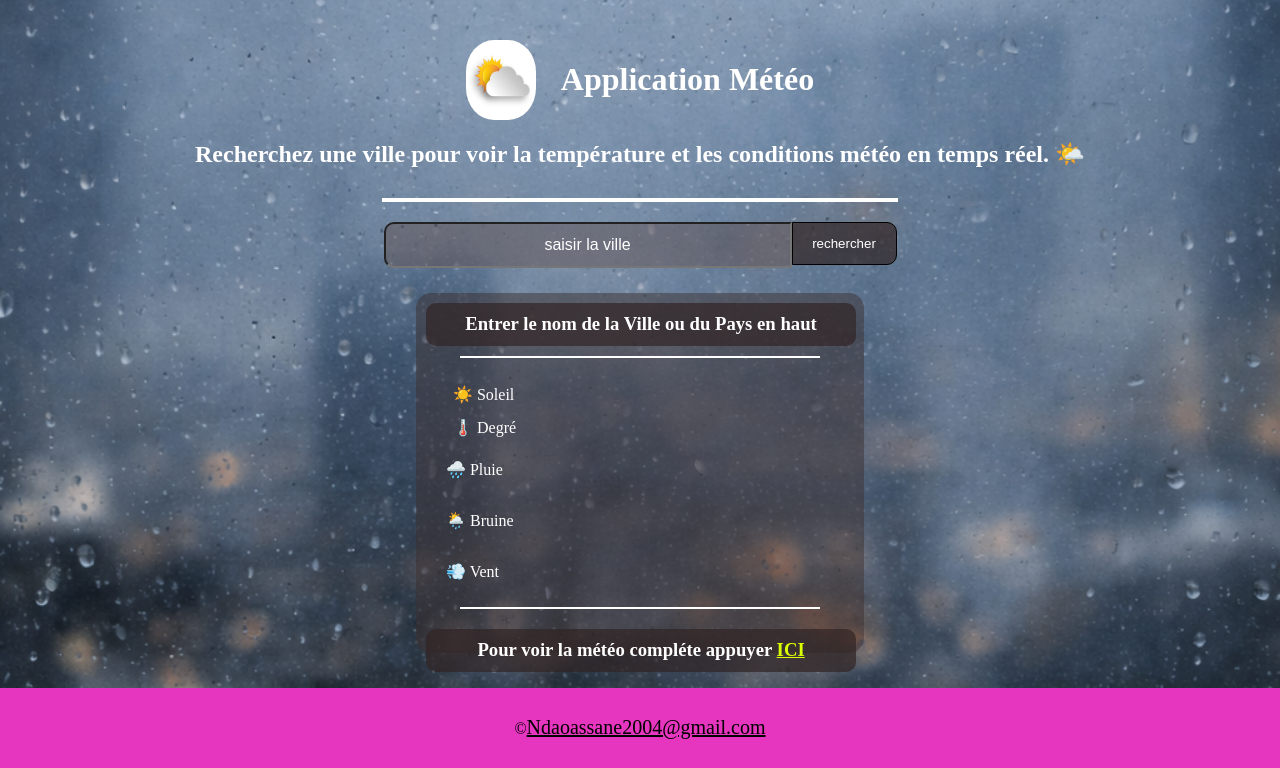
Repository: assanendao171/meteo
Page: index.html
An editor plug-in stored every save of this project. The page is shown before and after a run of saves, followed by the edit.
The browser window is 1280 px wide. The pictures show the whole page.

Above is the page before, as saved 2026-03-16 13:42:06.

After the next 2 saves:
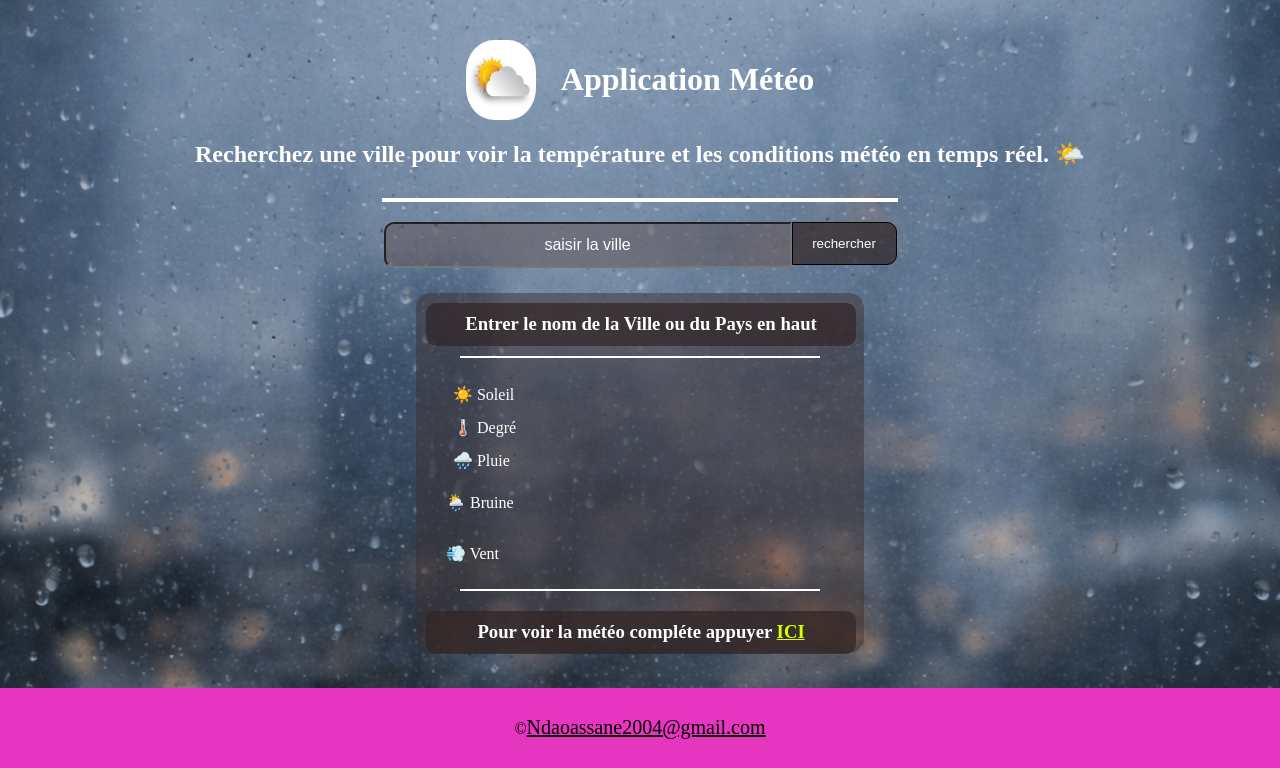
The 2 saves are shown as one change because they came seconds apart.
The last was saved 7 s later.
--- a/index.html
+++ b/index.html
@@ -27,8 +27,8 @@
         <div id="stat">
         <p id="soleil">☀️ Soleil</p>
         <p id="degre">🌡️ Degré</p >
-        <p id="Pluie">🌧️ Pluie</p >
-        <p id="Bruine">🌦️ Bruine</p >
+        <p id="pluie">🌧️ Pluie</p >
+        <p id="bruine">🌦️ Bruine</p >
         <p id="Vent">💨 Vent</p >
         </div>
             <hr id="hr">
